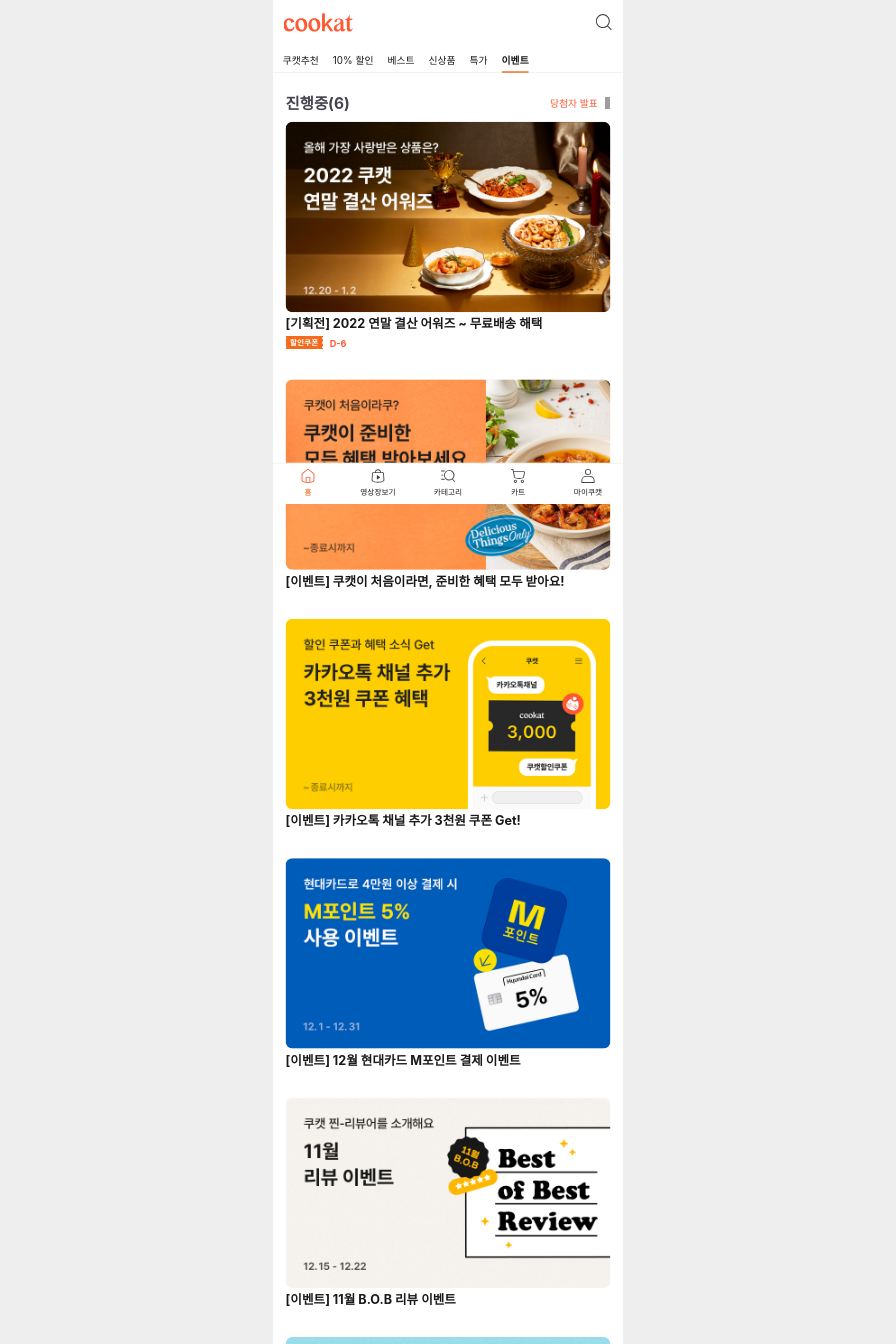
Repository: CooKat/Cookat
Page: event.html
The author's editor kept a copy of each file at every save. The page is drawn from the files as they stood at one save, then again after the next save.
The browser window is 1280 px wide. The pictures show the part of the page from y = 0 to 1920 px (the page is 3096 px tall before and 3084 px after), at 70% of full size.
Pictures or frames that could not be fetched are drawn as grey boxes. A picture or video elsewhere on the page could not be fetched, so the positions and the page height are approximate. Some web fonts or font styles are not loaded; a fallback is used.

Above is the page before, as saved 2022-12-29 17:30:44.
Not found: css/responsive.css
Not found: js/ex1.js

### event.html
<!DOCTYPE html>
<html lang="ko-KR">
  <head>
    <meta charset="UTF-8" />
    <meta http-equiv="X-UA-Compatible" content="IE=edge" />
    <meta name="viewport" content="width=device-width, initial-scale=1.0" />
    <link rel="shortcut icon" type="image/x-icon" href="./images/1.png" />
    <link
      rel="stylesheet"
      as="style"
      crossorigin
      href="https://cdn.jsdelivr.net/gh/orioncactus/pretendard@v1.3.6/dist/web/static/pretendard.css"
    />
    <link
      href="https://cdn.jsdelivr.net/npm/remixicon@2.5.0/fonts/remixicon.css"
      rel="stylesheet"
    />
    <link
      rel="stylesheet"
      href="https://cdn.jsdelivr.net/npm/swiper/swiper-bundle.min.css"
    />
    <link rel="stylesheet" href="./css/main.css" />
    <link rel="stylesheet" href="./css/event.css" />
    <title>쿠캣</title>
  </head>
  <body>
    <div class="container">
      <!-- 상단 메뉴바 -->
      <header class="header">
        <a href="/" class="logo"
          ><img src="./images/logo-main.svg" alt="쿠캣마켓"
        /></a>
        <div class="menu swiper">
          <ul class="swiper-wrapper" role="menubar" aria-hidden="false">
            <li role="none" class="swiper-slide">
              <a role="menuitem" href="/">쿠캣추천</a>
            </li>
            <li class="swiper-slide" role="none">
              <a role="menuitem" href="/">10% 할인</a>
            </li>
            <li class="swiper-slide" role="none">
              <a role="menuitem" href="./best.html">베스트</a>
            </li>
            <li class="swiper-slide" role="none">
              <a role="menuitem" href="/">신상품</a>
            </li>
            <li class="swiper-slide" role="none">
              <a role="menuitem" href="./specialPrice.html">특가</a>
            </li>
            <li class="swiper-slide active" role="none">
              <a role="menuitem" href="/">이벤트</a>
            </li>
          </ul>
        </div>
        <button type="button" class="search">
          <img src="./images/ic-24-finder.svg" alt="검색 아이콘" />
        </button>
      </header>

      <main class="main">
        <section class="event">
          <!-- 진행중(6) 당첨자 발표 -->
          <div class="event-ing">
            <h2 class="event-ing-title">진행중(6)</h2>
            <a href="/"><p>당첨자 발표</p></a>
          </div>

          <!-- 행사 아이템들 -->
          <div class="item-list">
            <a href="/event.html">
              <div class="item-list-item">
                <img src="./images/event1.jpg" />
                <h2 class="item-list-title title-first">
                  [기획전] 2022 연말 결산 어워즈 ~ 무료배송 해택
                </h2>
                <div class="coupon-day">
                  <i class="icon-coupon"></i>
                  <span class="coupon-date">D-6</span>
                </div>
              </div>
            </a>
          </div>

          <div class="item-list">
            <a href="/event.html">
              <div class="item-list-item">
                <img src="./images/event2.jpg" />
                <h2 class="item-list-title">
                  [이벤트] 쿠캣이 처음이라면, 준비한 혜택 모두 받아요!
                </h2>
              </div>
            </a>
          </div>

          <div class="item-list">
            <a href="/event.html">
              <div class="item-list-item">
                <img src="./images/event3.jpg" />
                <h2 class="item-list-title">
                  [이벤트] 카카오톡 채널 추가 3천원 쿠폰 Get!
                </h2>
              </div>
            </a>
          </div>

          <div class="item-list">
            <a href="/event.html">
              <div class="item-list-item">
                <img src="./images/event4.jpg" />
                <h2 class="item-list-title">
                  [이벤트] 12월 현대카드 M포인트 결제 이벤트
                </h2>
              </div>
            </a>
          </div>

          <div class="item-list">
            <a href="/event.html">
              <div class="item-list-item">
                <img src="./images/event5.jpg" />
                <h2 class="item-list-title">[이벤트] 11월 B.O.B 리뷰 이벤트</h2>
              </div>
            </a>
          </div>

          <div class="item-list">
            <a href="/event.html">
              <div class="item-list-item">
                <img src="./images/event6.jpg" />
                <h2 class="item-list-title">
                  [공지사항] NEW 쿠캣 등급 개편 안내
                </h2>
              </div>
            </a>
          </div>
        </section>
      </main>

      <!-- footer -->
      <footer class="footer">
        <div class="center-info-container">
          <h2 class="center-info">쿠캣 고객센터</h2>
          <span class="time-info"
            >평일 <time>10:00</time> ~ <time>18:00</time> (점심시간
            <time>13:00</time> ~ <time>14:00</time>)</span
          >

          <a href="tel:1668-3525" class="center-contact"> 고객센터</a>
        </div>
        <div class="business-info-container">
          <div class="business-info-title-container">
            <h2 class="business-info">(주) 쿠캣 사업자 정보</h2>
            <button class="business-info-toggle-btn">
              <img
                alt="addit-toggle-img"
                src="	https://crcf.cookatmarket.com/assets/mobile/img/using_guide/ic-16-close-bold.svg"
              />
            </button>
          </div>

          <ul class="business-info-list">
            <li class="business-info-item">
              <label for="representative">대표자</label
              ><span id="representative">이문주</span>
            </li>
            <li class="business-info-item">
              <label for="address">주소</label>
              <address id="address">
                서울특별시 강남구 영동대로112길 36, 3층, 지하 1층 (삼성동,
                오티씨타워)
              </address>
            </li>
            <li class="business-info-item">
              <label
                for="
              business-number"
                >사업자등록번호</label
              ><span id=" business-number">
                110-86-12995
                <a class="business-info-check" href="/"
                  >사업자정보 확인</a
                ></span
              >
            </li>
            <li class="business-info-item">
              <label for="mail-order-number">통신판매업 신고번호</label
              ><span
                id="
              mail-order-number"
                >2018-서울강남-01681</span
              >
            </li>
            <li class="business-info-item">
              <div class="center-info-flexcontent-container">
                <label
                  for="
              service-center"
                  >고객센터</label
                >
                <div class="center-info-content-container">
                  <a
                    id="service-center"
                    href="tel:1668-3525
              "
                    >1668-3525
                  </a>
                  <span id="service-center"
                    >평일 <time>10:00</time> ~ <time>18:00</time> (점심시간
                    <time>13:00</time> ~ <time>14:00</time>) 주말
                    <time>10:00</time> ~ <time>13:00</time></span
                  >
                </div>
              </div>
            </li>
            <li class="business-info-item">
              <label for="marketing-email">마케팅 제휴문의</label
              ><span id="marketing-email">marketing@cookat.co</span>
            </li>
            <li class="business-info-item">
              <label
                for="
              goods-email"
                >상품 제휴문의</label
              ><span id=" goods-email">
                <span>product@cookat.co<br /></span
              ></span>
            </li>
            <li class="business-info-item">
              <label for="person-in-charge">개인정보보호 책임자</label
              ><span id="person-in-charge"> 주지석 (jiseok.joo@cookat.co)</span>
            </li>
          </ul>

          <small class="copyright">
            Copyright © 쿠캣. All rights reserved.</small
          >
          <ul class="more-details-list">
            <li><a class="more-details" href="/">이용약관</a></li>
            <li>
              <a class="more-details" id="qkdcla" href="/">개인정보 처리방침</a>
            </li>
            <li><a class="more-details" href="/">공지사항</a></li>
          </ul>
        </div>

        <div class="additional-container">
          <a href="/">로그인</a>
          <a id="app-down" href="/"> APP다운</a>
        </div>
      </footer>

      <!-- 하단바 -->
      <nav class="fix-footer-menu">
        <ul>
          <li class="my-home on"><a href="/">홈</a></li>
          <li class="my-video"><a href="/">영상장보기</a></li>
          <li class="my-menu"><a href="/">카테고리</a></li>
          <li class="my-cart"><a href="/">카트</a></li>
          <li class="my-cookat"><a href="/">마이쿠캣</a></li>
        </ul>
      </nav>
    </div>

    <!-- Swiper JS -->
    <script src="https://cdn.jsdelivr.net/npm/swiper/swiper-bundle.min.js"></script>
    <!-- Initialize Swiper -->
    <script src="./js/ex1.js"></script>
    <script>
      var menu = new Swiper('.menu.swiper', {
        slidesPerView: 'auto',
        freeMode: true,
      });
    </script>
  </body>
</html>

### css/event.css
main {
  padding: 0 18px;
}

.event {
  display: block;
}

.event-ing {
  display: flex;
  flex-flow: row nowrap;
  justify-content: space-between;
  align-items: center;
  margin-bottom: var(--spacing-md);
  padding-top: 30px;
}

.event-ing-title {
  font-size: var(--text-xl);
  line-height: var(--text-xxl);
  color: var(--color-black);
  font-weight: 700;
}

.event-ing p {
  color: #ff5833;
  font-size: var(--text-sm);
}
.event-ing p::after {
  content: '';
  color: #ff5833;
  margin-left: var(--spacing-xxs);
  padding-left: var(--spacing-md);
  background: url('https://crcf.cookatmarket.com/assets/mobile/img/using_guide/ic-16-next-orange-fit.svg')
    no-repeat 6px;
}

.item-list {
}

.item-list-item {
}

.item-list-item img {
  border-radius: 10px;
}

.item-list-title {
  font-size: var(--text-lg);
  line-height: var(--text-xxl);
  font-weight: 700;
  margin-bottom: var(--spacing-xxxl);
}

.title-first {
  margin-bottom: 0;
}

.item-list-title h2:first-child {
  margin-bottom: 0;
}

.coupon-day {
  margin-top: var(--spacing-xxs);
  display: flex;
  flex-flow: row nowrap;
  margin-bottom: var(--spacing-xxxl);
}

.icon-coupon {
  width: 53px;
  height: 19px;
  background: url(../images/ic-event-sale-coupon-orange.svg) no-repeat center;
  display: inline-block;
  text-align: center;
}

.coupon-date {
  color: #ff5833;
  line-height: var(--text-xl);
  font-size: var(--text-xs);
  align-items: center;
  font-weight: 700;
  padding-left: var(--spacing-sm);
}

@media (max-width: 500px) {
  .event-ing-title {
    font-size: 4vw;
    line-height: 3vh;
  }

  .item-list-title {
    font-size: 4vw;
    line-height: 2vh;
  }
}

### css/theme.css
:root {
  /* 수식 단축키 art+shift+M */
  --color-white: #ffffff;
  --color-blank: #f9f9f9;
  --color-cement: #9d9995;
  --color-placeholder: #bbb8b5;
  --color-deep-orange: #eb5500;
  --color-border: #e9e8e2;
  --color-success: #579bdb;
  --color-black: #46434f;
  --color-gray: #9d999d;
  --color-greyish-brown: #5b5752;

  --spacing-sxxs: 0.125rem; /* 2px */
  --spacing-xxs: 0.25rem; /* 4px */
  --spacing-xs: 0.5rem; /* 8px */
  --spacing-sm: 0.625rem; /* 10px */
  --spacing-xm: 0.75rem; /* 12px */
  --spacing-md: 0.875rem; /* 14px */
  --spacing-m: 0.937rem; /* 15px */
  --spacing-base: 1rem; /* 16px */
  --spacing-lg: 1.125rem; /* 18px */
  --spacing-l: 1.25rem; /* 20px */
  --spacing-xl: 1.5rem; /* 24px */
  --spacing-xxl: 2rem; /* 32px */
  --spacing-xxxl: 2.5rem; /* 40px */

  --spacing-6: 3.75rem; /* 60px */

  --text-sxxs: 0.6875rem; /* 11px */
  --text-xxs: 0.75rem; /* 12px */
  --text-xs: 0.8125rem; /* 13px */
  --text-sm: 0.875rem; /* 14px */
  --text-md: 0.9375rem; /* 15px */
  --text-base: 1rem; /* 16px */
  --text-lg: 1.125rem; /* 18px */
  --text-xl: 1.375rem; /* 22px */
  --text-xxl: 1.625rem; /* 26px */

  --swiper-navigation-size: 1.125rem; /* 18px */

  --max-width: 31.25rem; /* 500px */
}

Loaded but not shown: css/normalize.css (library); css/reset.css (common file); css/main.css (973 lines, source omitted)

After the next save:
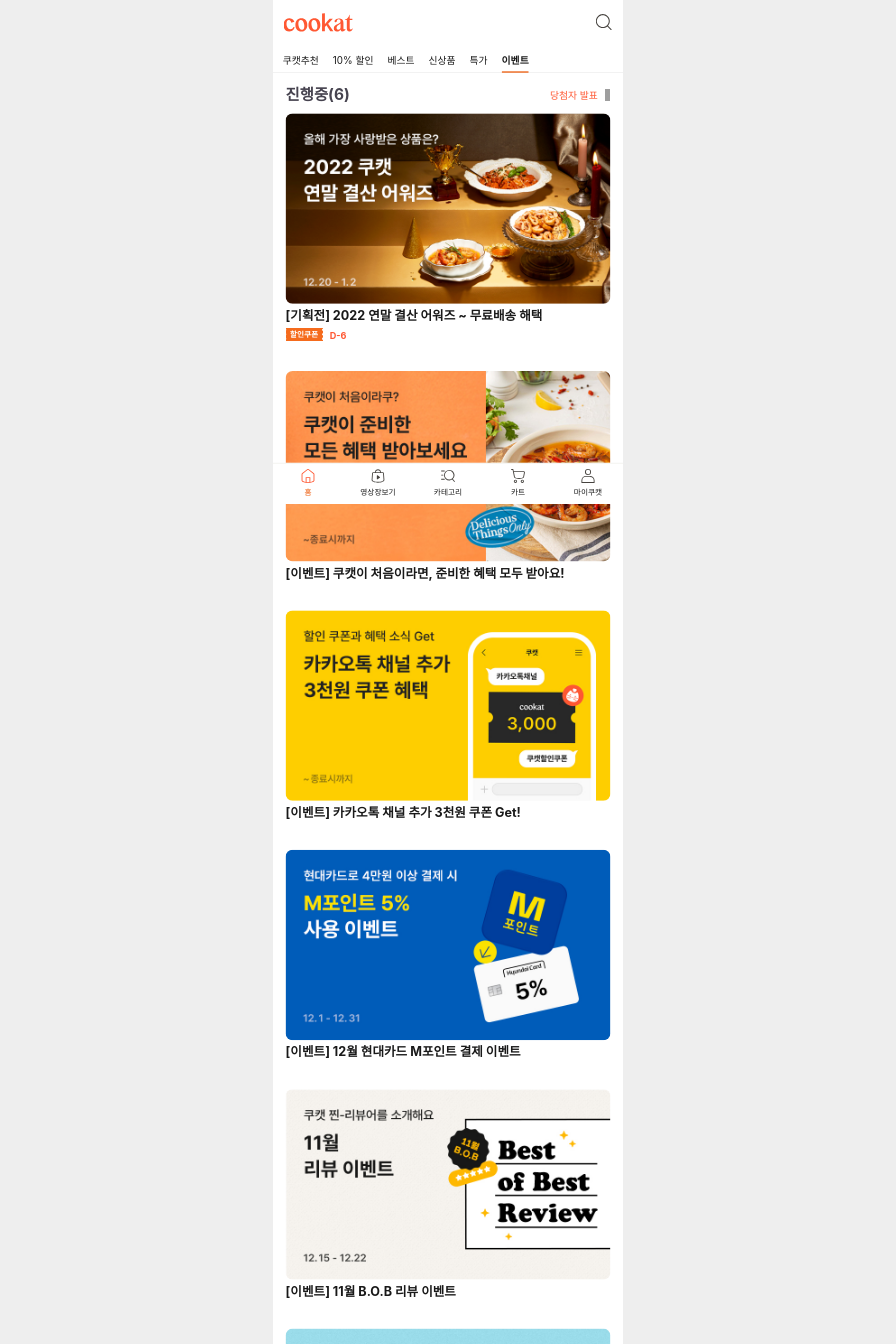
Saved 10 s later.
--- a/css/event.css
+++ b/css/event.css
@@ -12,7 +12,7 @@
   justify-content: space-between;
   align-items: center;
   margin-bottom: var(--spacing-md);
-  padding-top: 30px;
+  padding-top: var(--text-lg);
 }
 
 .event-ing-title {
